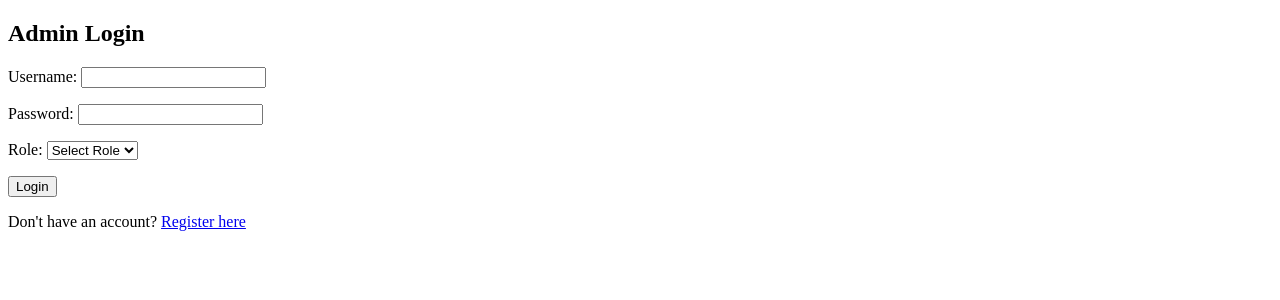
Repository: Fail2/Online-Classroom
Page: http://localhost/userpanel/login/
An editor plug-in stored every save of this project. The page is shown before and after the next save, followed by the edit.
The browser window is 1280 px wide. The pictures show the whole page.
The page is served by the project's application, run on Django 5.2 (Edu_Frontend/manage.py).

Above is the page before, as saved 2025-05-25 12:57:35.

After the next save:
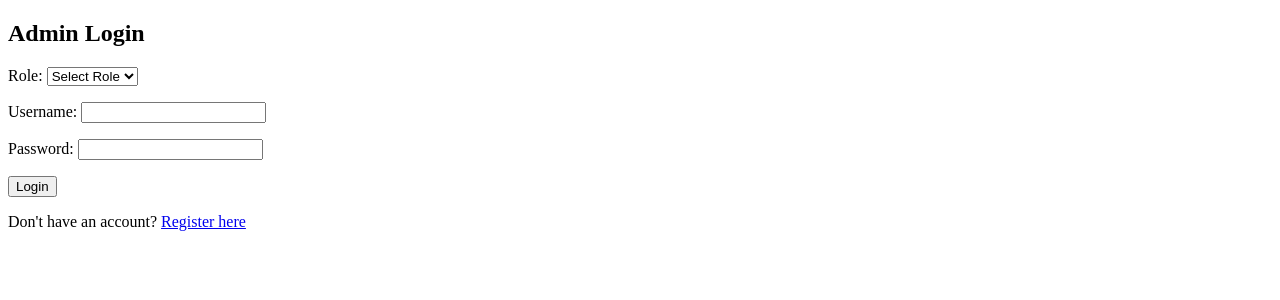
Saved 40 s later.
--- a/Education_Frontend/Edu_Frontend/userpanel/forms.py
+++ b/Education_Frontend/Edu_Frontend/userpanel/forms.py
@@ -7,12 +7,13 @@ ROLE_CHOICES = [
 ]
 
 class UserRegisterForm(forms.Form):
+    role = forms.ChoiceField(choices=ROLE_CHOICES)
     username = forms.CharField(max_length=100)
     email = forms.EmailField()
     password = forms.CharField(widget=forms.PasswordInput)
-    role = forms.ChoiceField(choices=ROLE_CHOICES)
+
 
 class UserLoginForm(forms.Form):
+    role = forms.ChoiceField(choices=ROLE_CHOICES)
     username = forms.CharField()
     password = forms.CharField(widget=forms.PasswordInput)
-    role = forms.ChoiceField(choices=ROLE_CHOICES)
